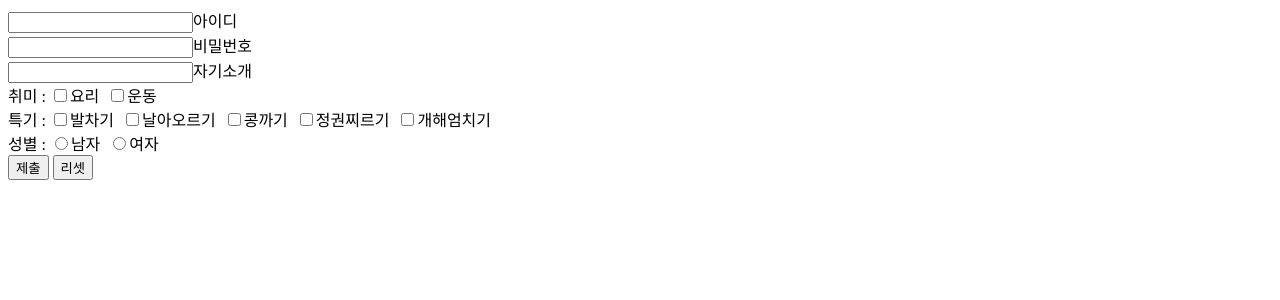
Repository: hanbeen03/javabasic
Page: http://localhost/JSPBasic/01-request/req_param_send.jsp
An editor plug-in stored every save of this project. The page is shown before and after the next save, followed by the edit.
The browser window is 1280 px wide. The pictures show the whole page.
The page is served by Tomcat 9.

Above is the page before, as saved 2021-07-30 06:02:56.

After the next save:
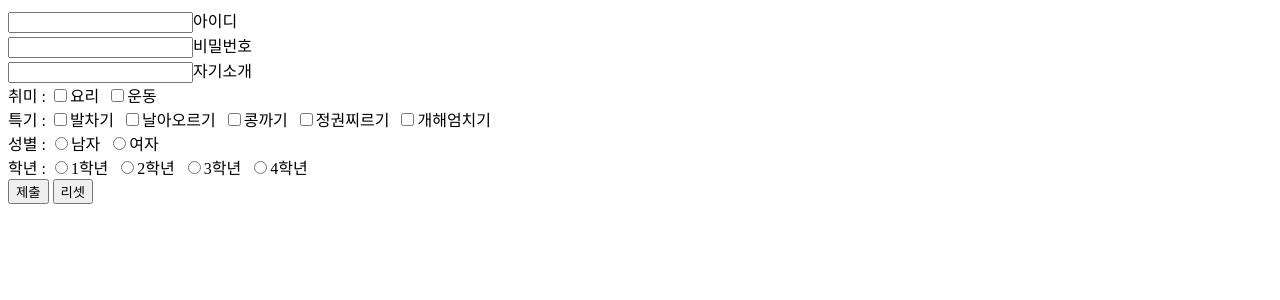
Saved 3 min 29 s later.
--- a/JSPBasic/WebContent/01-request/req_param_send.jsp
+++ b/JSPBasic/WebContent/01-request/req_param_send.jsp
@@ -34,6 +34,13 @@
 		<input type="radio" name="gender" value="여자" />여자&nbsp;
 		<br/>
 
+		학년 :
+		<input type="radio" name="grade" value="1학년" />1학년&nbsp;
+		<input type="radio" name="grade" value="2학년" />2학년&nbsp;
+		<input type="radio" name="grade" value="3학년" />3학년&nbsp;
+		<input type="radio" name="grade" value="4학년" />4학년&nbsp;
+		<br/>
+
 		<input type="submit" value="제출"/>
 		<input type="reset" value="리셋"/>
 
